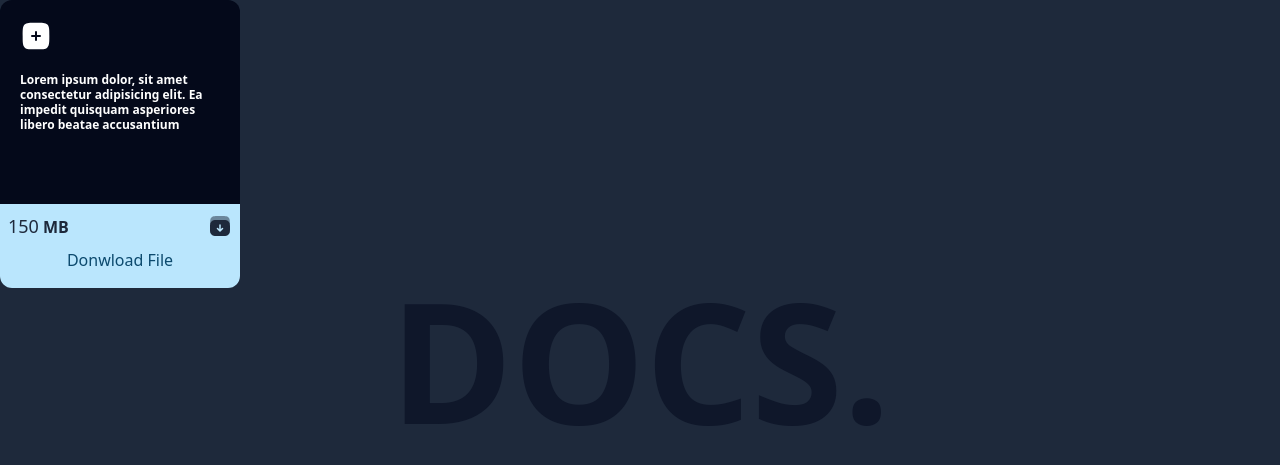
Repository: aliakbarmotallebi/framer-react
Page: /
An editor plug-in stored every save of this project. The page is shown before and after the next save, followed by the edit.
The browser window is 1280 px wide. The pictures show the whole page.
The project was rebuilt for these pictures with package versions that can differ from the ones it lists, and the page was loaded fresh each time.

Above is the page before, as saved 2024-08-14 18:45:40.

### src/App.js
import React from "react";
import Background from "./components/Background";
import Card from "./components/Card";

function App() {
  return (
    <div className="relative h-screen w-full bg-slate-800">
      <Background />
      <Card />
    </div>
  );
}

export default App;

### src/components/Background.jsx
import React from "react";

function Background() {
    return <h1 className="absolute left-1/2 top-1/2 -translate-x-[50%] -translate-y-[50%] text-[13vw] font-semibold text-slate-900">
    DOCS.
  </h1>
}

export default Background;

### src/components/Card.jsx
import React, { Component } from 'react';

class Card extends Component {
    render() {
        return (
            <div className="w-60 h-72 rounded-xl bg-slate-950/90 p-5 text-white relative overflow-hidden">
                <svg xmlns="http://www.w3.org/2000/svg" className="w-8 h-8" viewBox="0 0 24 24"><path fill="currentColor" fill-rule="evenodd" d="M12 22c-4.714 0-7.071 0-8.536-1.465C2 19.072 2 16.714 2 12s0-7.071 1.464-8.536C4.93 2 7.286 2 12 2s7.071 0 8.535 1.464C22 4.93 22 7.286 22 12s0 7.071-1.465 8.535C19.072 22 16.714 22 12 22m0-13.75a.75.75 0 0 1 .75.75v2.25H15a.75.75 0 0 1 0 1.5h-2.25V15a.75.75 0 0 1-1.5 0v-2.25H9a.75.75 0 0 1 0-1.5h2.25V9a.75.75 0 0 1 .75-.75" clip-rule="evenodd"/></svg>
                <p className="text-xs leading-tight mt-5 font-semibold">
                    Lorem ipsum dolor, sit amet consectetur adipisicing elit. Ea impedit quisquam asperiores libero beatae accusantium
                </p>
                <div className="footer absolute bottom-0 bg-sky-200 w-full py-2 left-0 text-center">
                    <div className="flex justify-between items-center w-full px-2">
                        <p className="text-slate-800 text-lg">
                            150
                            <span className="font-bold px-1 text-base">
                                MB
                            </span>
                        </p>
                        <svg xmlns="http://www.w3.org/2000/svg" className="w-6 h-6 text-slate-800 " viewBox="0 0 24 24"><path fill="currentColor" d="M12 2c4.713 0 7.07 0 8.535 1.464c.757.758 1.123 1.754 1.3 3.192V10H2.164V6.656c.176-1.438.541-2.434 1.299-3.192C4.928 2 7.285 2 11.999 2" opacity="0.5"/><path fill="currentColor" fill-rule="evenodd" d="M2 14c0-2.8 0-4.2.545-5.27A5 5 0 0 1 4.73 6.545C5.8 6 7.2 6 10 6h4c2.8 0 4.2 0 5.27.545a5 5 0 0 1 2.185 2.185C22 9.8 22 11.2 22 14s0 4.2-.545 5.27a5 5 0 0 1-2.185 2.185C18.2 22 16.8 22 14 22h-4c-2.8 0-4.2 0-5.27-.545a5 5 0 0 1-2.185-2.185C2 18.2 2 16.8 2 14m10.75-3a.75.75 0 0 0-1.5 0v4.19l-1.22-1.22a.75.75 0 1 0-1.06 1.06l2.5 2.5a.75.75 0 0 0 1.06 0l2.5-2.5a.75.75 0 1 0-1.06-1.06l-1.22 1.22z" clip-rule="evenodd"/></svg>
                    </div>
                    <button className="text-sky-900 p-2 font-medium">
                        Donwload File
                    </button>
                </div>
            </div>
        );
    }
}

export default Card;

Loaded but not shown: public/index.html (common file); src/index.js (common file); src/index.css (common file); tailwind.config.js (common file)

After the next save:
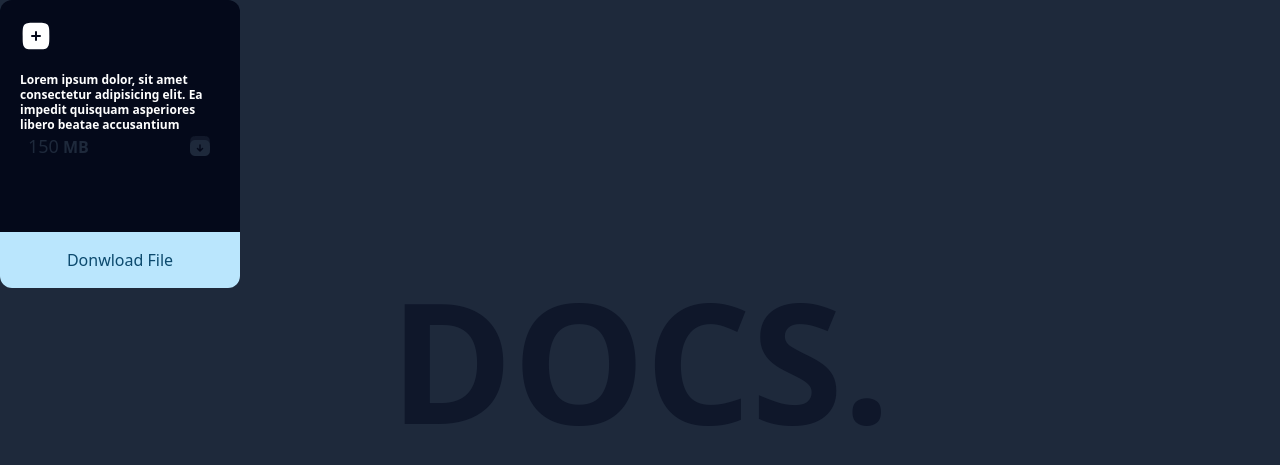
Saved 12 s later.
--- a/src/components/Card.jsx
+++ b/src/components/Card.jsx
@@ -8,8 +8,7 @@
                 <p className="text-xs leading-tight mt-5 font-semibold">
                     Lorem ipsum dolor, sit amet consectetur adipisicing elit. Ea impedit quisquam asperiores libero beatae accusantium
                 </p>
-                <div className="footer absolute bottom-0 bg-sky-200 w-full py-2 left-0 text-center">
-                    <div className="flex justify-between items-center w-full px-2">
+                <div className="flex justify-between items-center w-full px-2">
                         <p className="text-slate-800 text-lg">
                             150
                             <span className="font-bold px-1 text-base">
@@ -18,6 +17,7 @@
                         </p>
                         <svg xmlns="http://www.w3.org/2000/svg" className="w-6 h-6 text-slate-800 " viewBox="0 0 24 24"><path fill="currentColor" d="M12 2c4.713 0 7.07 0 8.535 1.464c.757.758 1.123 1.754 1.3 3.192V10H2.164V6.656c.176-1.438.541-2.434 1.299-3.192C4.928 2 7.285 2 11.999 2" opacity="0.5"/><path fill="currentColor" fill-rule="evenodd" d="M2 14c0-2.8 0-4.2.545-5.27A5 5 0 0 1 4.73 6.545C5.8 6 7.2 6 10 6h4c2.8 0 4.2 0 5.27.545a5 5 0 0 1 2.185 2.185C22 9.8 22 11.2 22 14s0 4.2-.545 5.27a5 5 0 0 1-2.185 2.185C18.2 22 16.8 22 14 22h-4c-2.8 0-4.2 0-5.27-.545a5 5 0 0 1-2.185-2.185C2 18.2 2 16.8 2 14m10.75-3a.75.75 0 0 0-1.5 0v4.19l-1.22-1.22a.75.75 0 1 0-1.06 1.06l2.5 2.5a.75.75 0 0 0 1.06 0l2.5-2.5a.75.75 0 1 0-1.06-1.06l-1.22 1.22z" clip-rule="evenodd"/></svg>
                     </div>
+                <div className="footer absolute bottom-0 bg-sky-200 w-full py-2 left-0 text-center">
                     <button className="text-sky-900 p-2 font-medium">
                         Donwload File
                     </button>

After the save that followed:
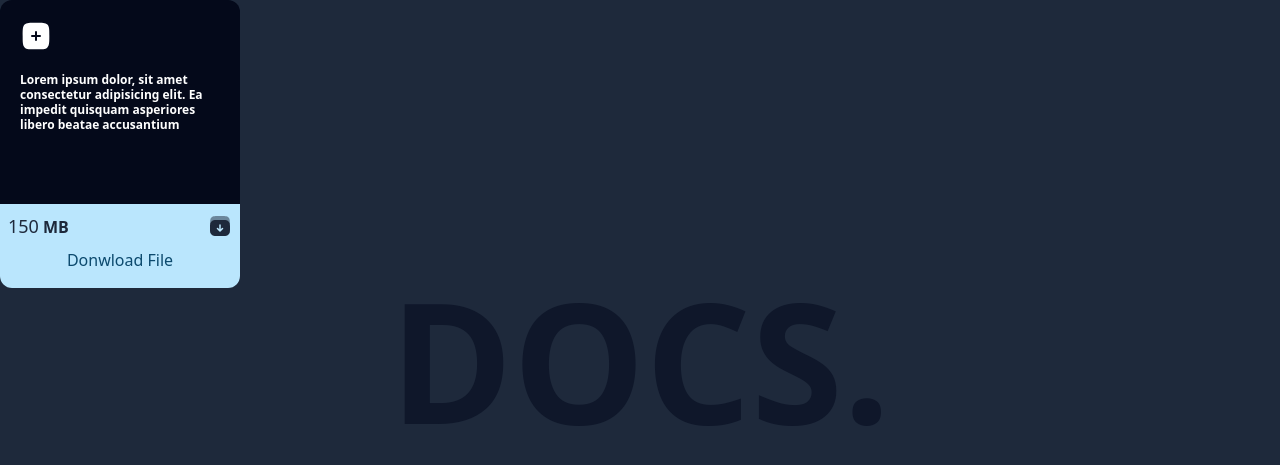
Saved 13 s later.
--- a/src/components/Card.jsx
+++ b/src/components/Card.jsx
@@ -8,6 +8,8 @@
                 <p className="text-xs leading-tight mt-5 font-semibold">
                     Lorem ipsum dolor, sit amet consectetur adipisicing elit. Ea impedit quisquam asperiores libero beatae accusantium
                 </p>
+
+                <div className="footer absolute bottom-0 bg-sky-200 w-full py-2 left-0 text-center">
                 <div className="flex justify-between items-center w-full px-2">
                         <p className="text-slate-800 text-lg">
                             150
@@ -17,7 +19,6 @@
                         </p>
                         <svg xmlns="http://www.w3.org/2000/svg" className="w-6 h-6 text-slate-800 " viewBox="0 0 24 24"><path fill="currentColor" d="M12 2c4.713 0 7.07 0 8.535 1.464c.757.758 1.123 1.754 1.3 3.192V10H2.164V6.656c.176-1.438.541-2.434 1.299-3.192C4.928 2 7.285 2 11.999 2" opacity="0.5"/><path fill="currentColor" fill-rule="evenodd" d="M2 14c0-2.8 0-4.2.545-5.27A5 5 0 0 1 4.73 6.545C5.8 6 7.2 6 10 6h4c2.8 0 4.2 0 5.27.545a5 5 0 0 1 2.185 2.185C22 9.8 22 11.2 22 14s0 4.2-.545 5.27a5 5 0 0 1-2.185 2.185C18.2 22 16.8 22 14 22h-4c-2.8 0-4.2 0-5.27-.545a5 5 0 0 1-2.185-2.185C2 18.2 2 16.8 2 14m10.75-3a.75.75 0 0 0-1.5 0v4.19l-1.22-1.22a.75.75 0 1 0-1.06 1.06l2.5 2.5a.75.75 0 0 0 1.06 0l2.5-2.5a.75.75 0 1 0-1.06-1.06l-1.22 1.22z" clip-rule="evenodd"/></svg>
                     </div>
-                <div className="footer absolute bottom-0 bg-sky-200 w-full py-2 left-0 text-center">
                     <button className="text-sky-900 p-2 font-medium">
                         Donwload File
                     </button>
